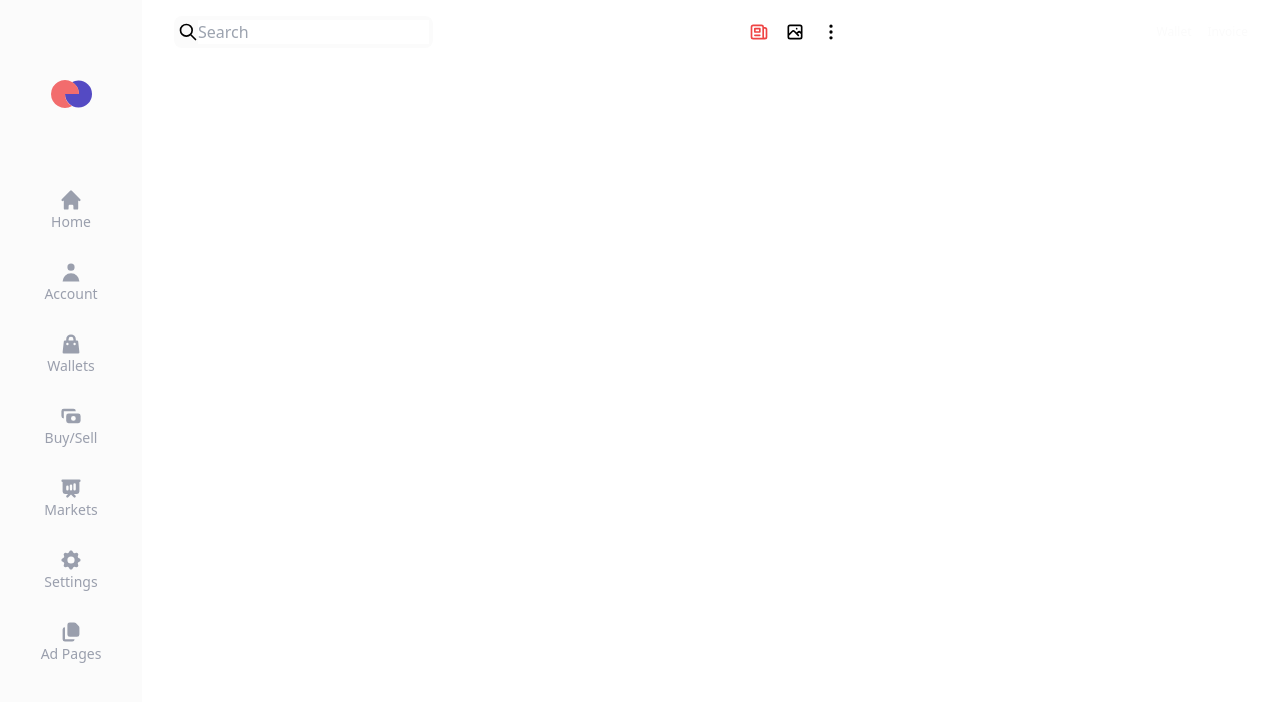
Repository: almaqdad55/crypto-app-nextjs
Page: /
These files come from the project's save history. The page is drawn as it stood at one moment and after the next save; the edit follows.
The browser window is 1280 px wide. The pictures show the whole page.
The project was rebuilt for these pictures with package versions that can differ from the ones it lists, and the page was loaded fresh each time. The framework's server and built-in components were replaced by stand-ins that run in the browser.

Above is the page before, as saved 2022-01-04 20:08:22.

### pages/index.js
import Head from 'next/head';
import Sidebar from '../components/Sidebar';
import Feed from '../components/Feed';

export default function Home() {
  return (
    <div className="">
      <Head>
        <title>Crypto Trade</title>
        <link rel="icon" href="/logo.svg" />
      </Head>

      <main className="flex">
        <Sidebar />
        <Feed />
        {/* Widget */}
      </main>
    </div>
  );
}

### styles/globals.css
@import url('https://fonts.googleapis.com/css2?family=Lato:wght@300;400;700&display=swap');

@tailwind base;
@tailwind components;
@tailwind utilities;

@layer base {
  body {
    @apply bg-white;
  }
}

@layer components {
  .icon-group {
    @apply flex flex-col  items-center text-sm cursor-pointer text-[#9A9FAD] hover:text-[#544AC3] transition duration-200;
  }
}

### components/Sidebar.jsx
import {
  HomeIcon,
  UserIcon,
  CashIcon,
  ShoppingBagIcon,
  PresentationChartBarIcon,
  CogIcon,
  DocumentDuplicateIcon,
} from '@heroicons/react/solid';

const Sidebar = () => {
  return (
    <div className="flex flex-col items-center  h-screen w-[142px]  bg-[#fbfbfb] ">
      <div className="mt-20">
        <img src="/logo.svg" alt="" />
      </div>
      <div className="mb-40 mt-20 flex flex-col space-y-7">
        <div className="icon-group group">
          <HomeIcon className="h-6 " />
          <span className="">Home</span>
        </div>
        <div className="icon-group group">
          <UserIcon className="h-6 " />
          <span className="">Account</span>
        </div>
        <div className="icon-group group">
          <ShoppingBagIcon className="h-6 " />
          <span className="">Wallets</span>
        </div>
        <div className="icon-group group ">
          <CashIcon className="h-6 " />
          <span className="">Buy/Sell</span>
        </div>
        <div className="icon-group group">
          <PresentationChartBarIcon className="h-6 " />
          <span className="">Markets</span>
        </div>
        <div className="icon-group group">
          <CogIcon className="h-6 " />
          <span className="">Settings</span>
        </div>
        <div className="icon-group group">
          <DocumentDuplicateIcon className="h-6 " />
          <span className="">Ad Pages</span>
        </div>
      </div>
    </div>
  );
};

export default Sidebar;

### components/Feed.jsx
import {
  DotsVerticalIcon,
  PhotographIcon,
  NewspaperIcon,
  SearchIcon,
} from '@heroicons/react/outline';

// import { SearchIcon } from '@heroicons/react/solid';
const Feed = () => {
  return (
    <div className=" flex-grow  ">
      <div className="flex items-center  justify-between py-4 px-8">
        <div className="flex items-center bg-[#fbfbfb] rounded-lg p-1">
          <SearchIcon className="h-5" />
          <input type="text" placeholder={`Search`} className="outline-none" />
        </div>
        <div className="flex space-x-4 text-red">
          <NewspaperIcon className="h-5 text-red-500" />
          <PhotographIcon className="h-5" />
          <DotsVerticalIcon className="h-5" />
        </div>
        <div className="flex text-xs space-x-4 text-[#fbfbfb]">
          <p>Wallet</p>
          <p>Invoice</p>
        </div>
      </div>
    </div>
  );
};

export default Feed;

### tailwind.config.js
module.exports = {
  content: [
    './pages/**/*.{js,ts,jsx,tsx}',
    './components/**/*.{js,ts,jsx,tsx}',
  ],
  theme: {
    extend: {
      fontFamily: {
        Lato: ['Lato', 'sans-serif'],
      },
    },
  },
  plugins: [],
};

Loaded but not shown: pages/_app.js (common file); pages/api/hello.js (common file); pages/api/city.js (no copy from this time; the picture is the same without it); pages/api/getYTData.js (no copy from this time; the picture is the same without it)

After the next save:
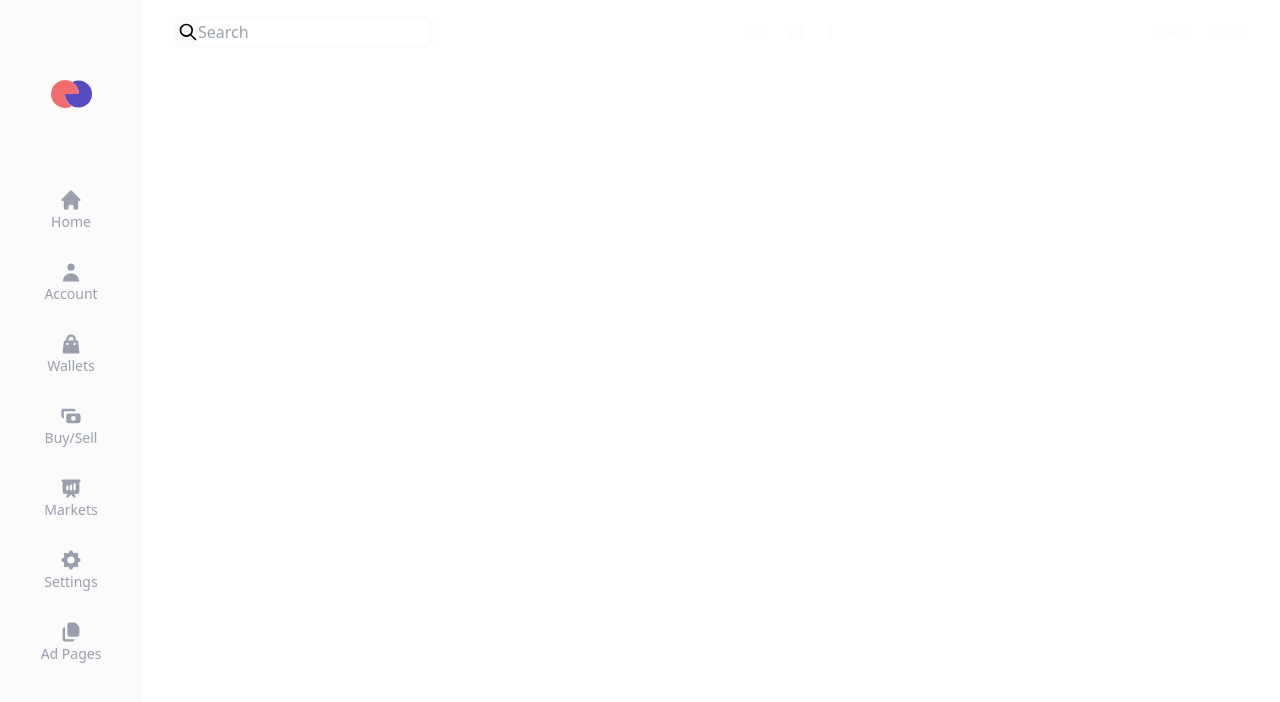
Saved 15 s later.
--- a/components/Feed.jsx
+++ b/components/Feed.jsx
@@ -14,10 +14,10 @@ const Feed = () => {
           <SearchIcon className="h-5" />
           <input type="text" placeholder={`Search`} className="outline-none" />
         </div>
-        <div className="flex space-x-4 text-red">
-          <NewspaperIcon className="h-5 text-red-500" />
-          <PhotographIcon className="h-5" />
-          <DotsVerticalIcon className="h-5" />
+        <div className="flex space-x-4 ">
+          <NewspaperIcon className="h-5 text-[#fbfbfb]" />
+          <PhotographIcon className="h-5 text-[#fbfbfb]" />
+          <DotsVerticalIcon className="h-5 text-[#fbfbfb]" />
         </div>
         <div className="flex text-xs space-x-4 text-[#fbfbfb]">
           <p>Wallet</p>
